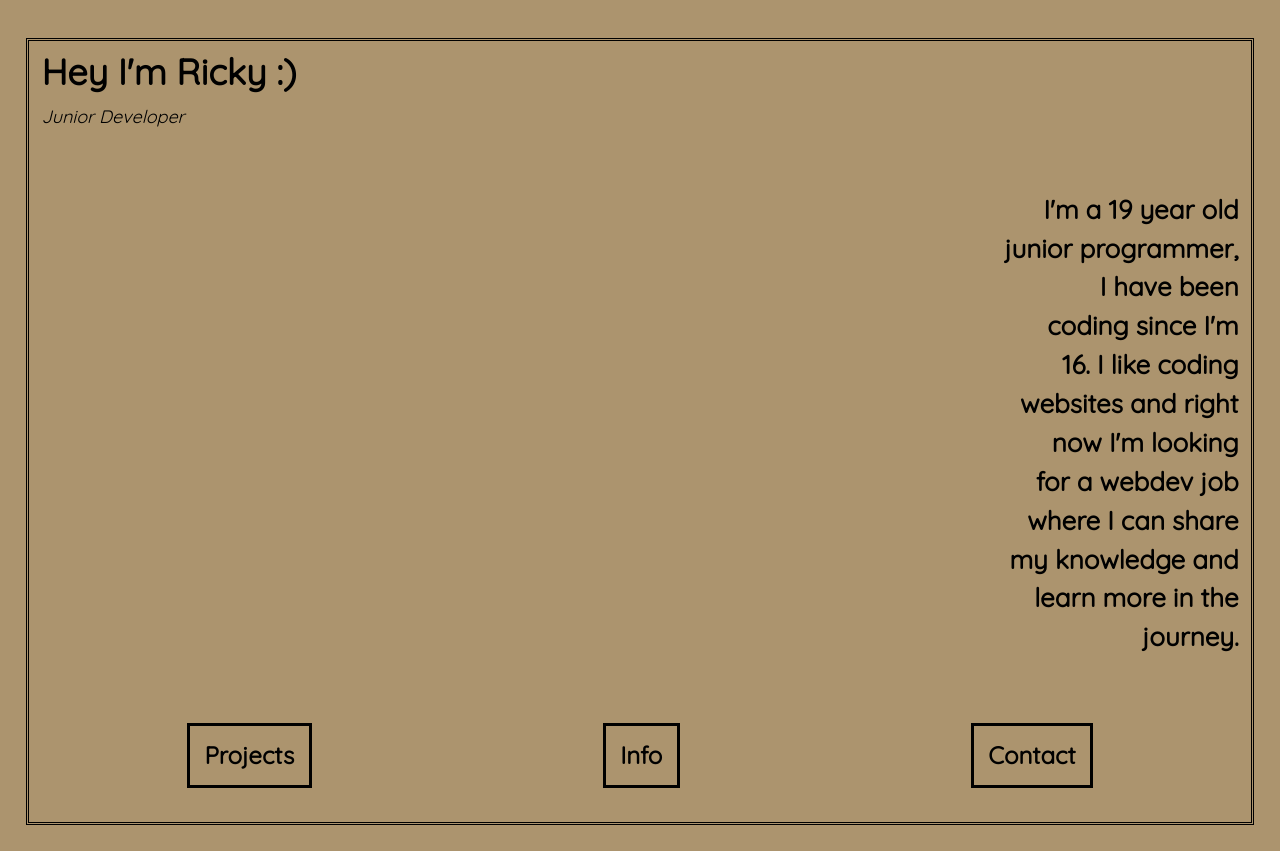
Repository: rickypcyt/ricky-react-portfolio
Page: /
An editor plug-in stored every save of this project. The page is shown before and after a run of saves, followed by the edit.
The browser window is 1280 px wide. The pictures show the whole page.
The project was rebuilt for these pictures with package versions that can differ from the ones it lists, and the page was loaded fresh each time. Also part of the build but not shown: src/pages/Info.js, src/pages/Projects.js, src/pages/Contact.js, src/pages/WebMural.js, src/pages/NotesJS.js.

Above is the page before, as saved 2022-09-12 15:23:09.

After the next 2 saves:
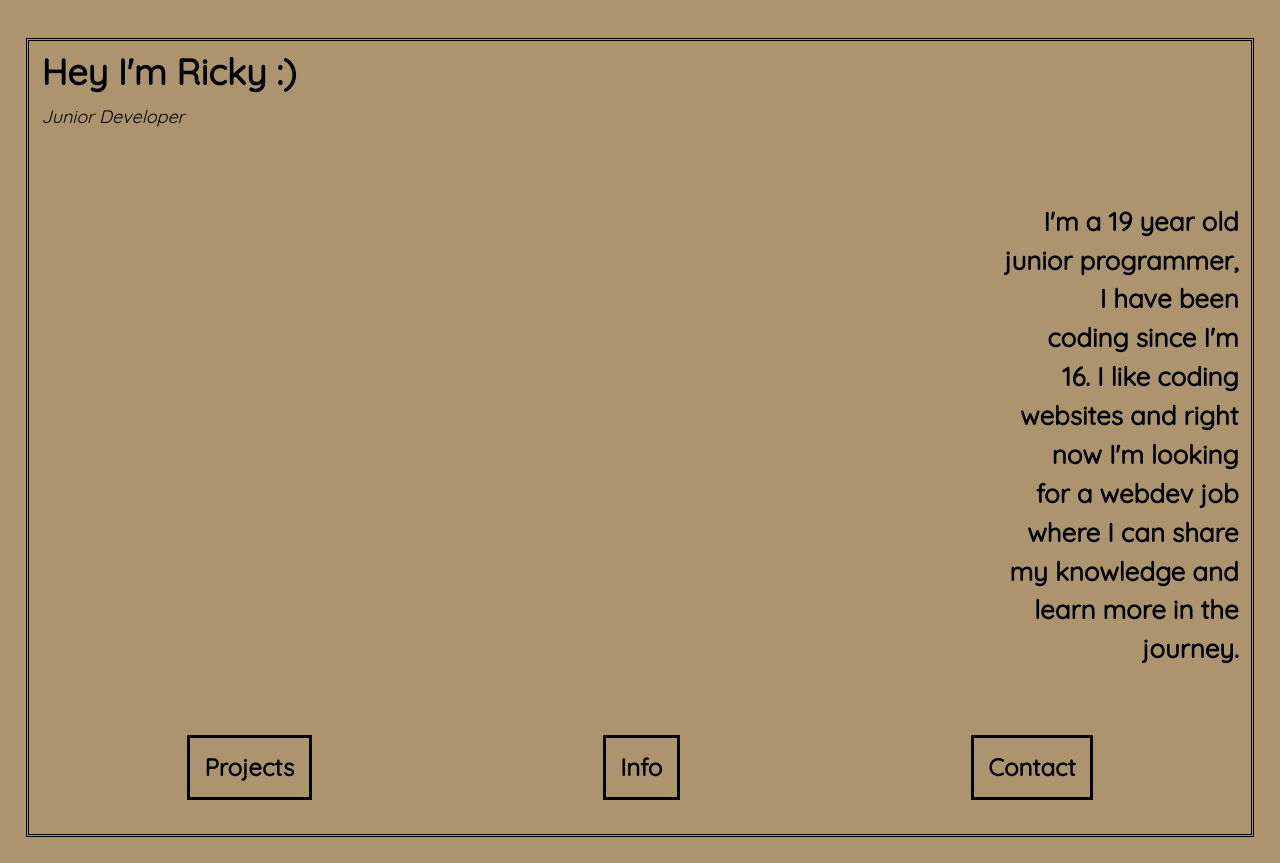
The 2 saves are shown as one change because they came seconds apart.
The last was saved 7 s later.
--- a/src/index.css
+++ b/src/index.css
@@ -50,6 +50,7 @@ ol {
   text-align: end;
   font-size: larger;
   padding-bottom: 1%;
+  padding-top: 1%;
 
 }
 .parrafo span {
